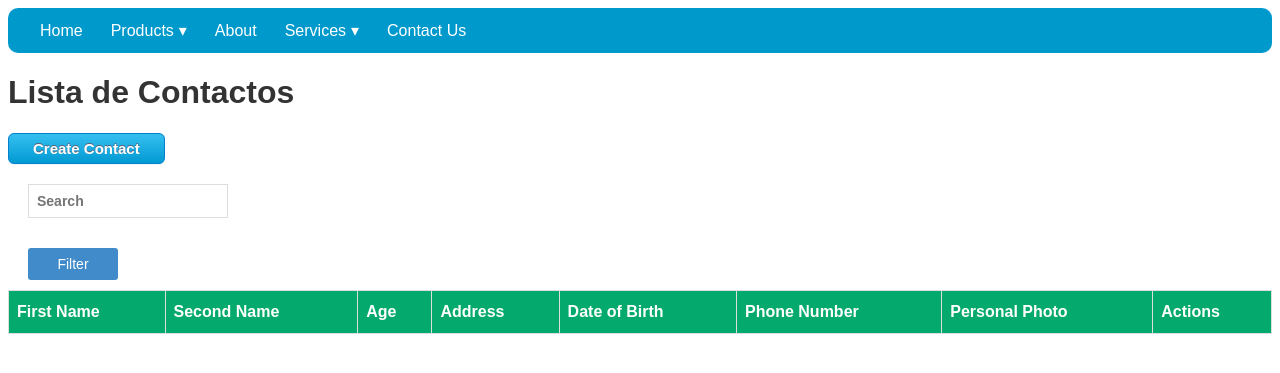
Repository: fgala1619/frontSistGestionBank
Page: index.html
These files come from the project's save history. The page is drawn as it stood at one moment and after the next save; the edit follows.
The browser window is 1280 px wide. The pictures show the whole page.
The page's requests for data from a server got no answer.

Above is the page before, as saved 2023-07-27 21:14:44.
Console error (its wording comes from the project's code and is left out).

After the next save:
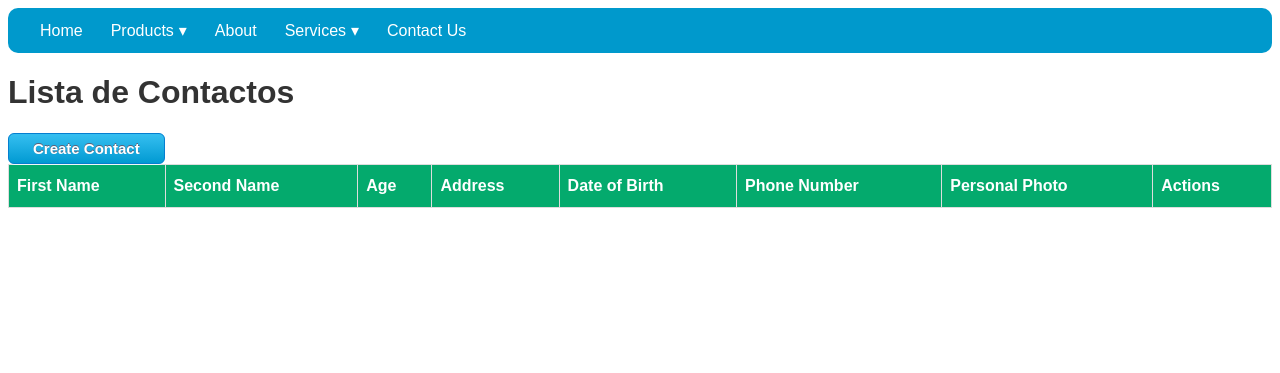
The error is gone.
Saved 15 s later.
--- a/index.html
+++ b/index.html
@@ -32,14 +32,6 @@
 <h1>Lista de Contactos</h1>
 
 <a onclick="agregar()" href="#" class="myButton">Create Contact</a><br/>
-
-<div class="modal-body">
-      <input id="txtBuscar" type="text" placeholder="Search" size="30" /><br/>
-</div>
-<div class="modal-footer">
-
-      <a href="#" onclick="buscar(${cadena})" class="btn" id="btn_ingresar">Filter</a>
-</div>
 
 <table id="customers">
   <thead>
